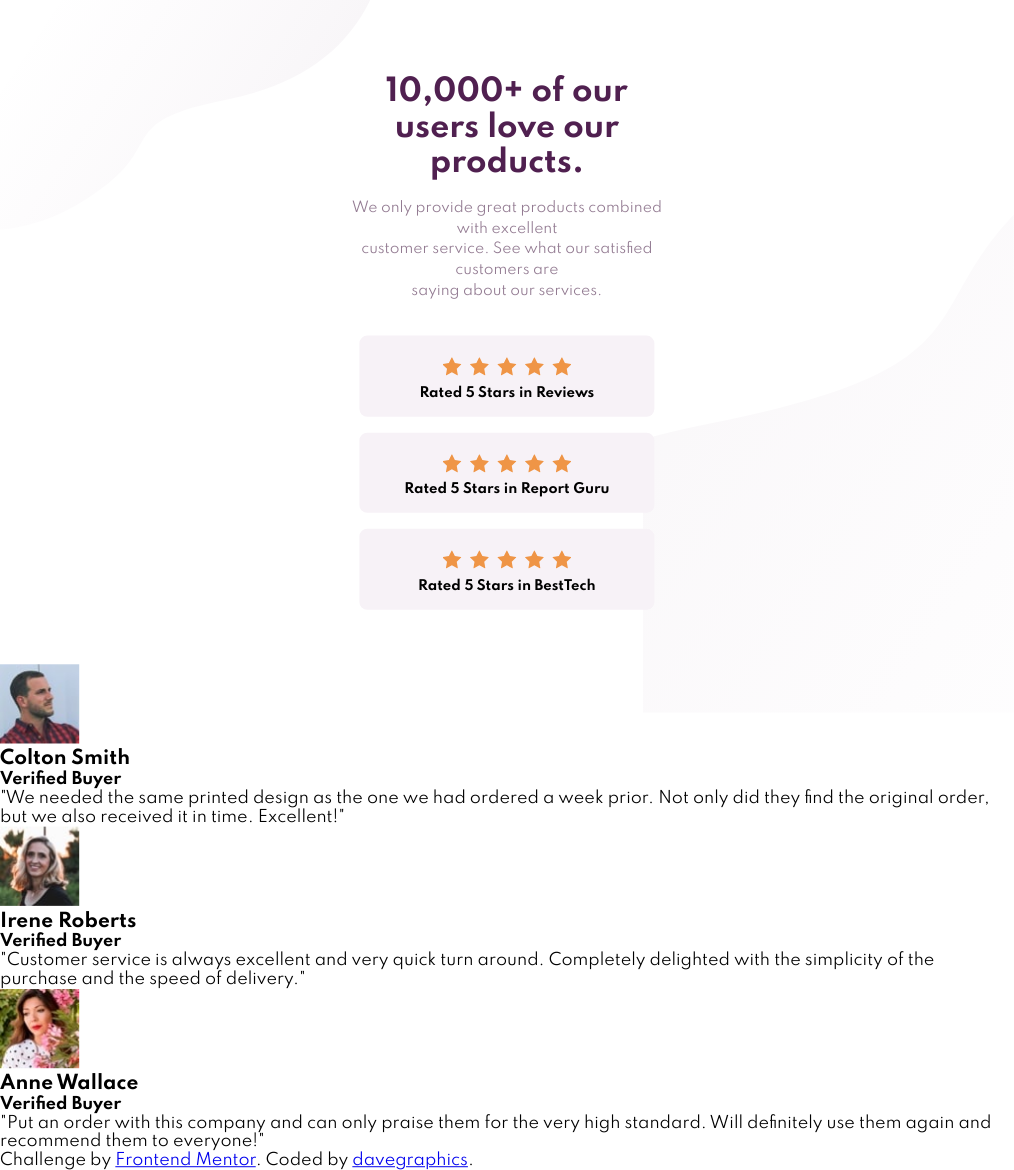
Repository: DejV44/social-proof-section-master
Page: index.html
These files come from the project's save history. The page is drawn as it stood at one moment and after a run of saves; the edit follows.
The browser window is 1024 px wide. The pictures show the whole page, at 99% of full size.
The style sheet was rebuilt from its Sass, Less or Tailwind sources for each picture, by a compiler version that may differ from the author's.

Above is the page before, as saved 2021-06-26 20:57:57.

### index.html
<!DOCTYPE html>

<html lang="en">
<head>
    <meta charset="UTF-8">
    <meta http-equiv="X-UA-Compatible" content="IE=edge">
    <meta name="viewport" content="width=device-width, initial-scale=1.0">
    <link rel="stylesheet" href="../css/main.css">
    <title>social-proof-section-master</title>
</head>
<body>
    <div class="size">
        <section class="main">
            <div class="titles">
                <h1 class="title">10,000+ of our <br>users love our <br>products.</h1>
                <p class="item-1">We only provide great products combined with excellent <br>customer service. See what our satisfied customers are <br>saying about our services.</p>
            </div>
            <div class="container">
                <ul>
                    <li class="item1">
                        <img src="../img/stars.svg" alt="stars">
                        <h5>Rated 5 Stars in Reviews</h5>
                    </li>
                </ul>

                <ul>
                    <li class="item2">
                        <img src="../img/stars.svg" alt="stars">
                        <h5>Rated 5 Stars in Report Guru</h5>
                    </li>
                </ul>

                <ul>
                    <li class="item3">
                        <img src="../img/stars.svg" alt="stars">
                        <h5>Rated 5 Stars in BestTech</h5>
                    </li>
                </ul>
            </div>
        </section>

        <section class="citate">
            <ul class="alfa">
                <li>
                    <div class="identy1">
                        <img src="../img/image-colton.jpg" alt="stars">
                        <div>
                            <h3>Colton Smith</h3>
                            <h4>Verified Buyer</h4>
                        </div>
                    </div>
                    <blockquote>"We needed the same printed design as the one we had ordered a week prior. Not only did they find the original order, but we also received it in time. Excellent!"</blockquote>
                </li>
            </ul>

            <ul class="beta">
                <li>
                    <div class="identy2">
                        <img src="../img/image-irene.jpg" alt="stars">
                        <div>
                            <h3>Irene Roberts</h3>
                            <h4>Verified Buyer</h4>
                        </div>
                    </div>
                    <blockquote>"Customer service is always excellent and very quick turn around. Completely delighted with the simplicity of the purchase and the speed of delivery."</blockquote>
                </li>
            </ul>

            <ul class=gama>
                <li>
                    <div class="identy3">
                        <img src="../img/image-anne.jpg" alt="stars">
                        <div>
                            <h3>Anne Wallace</h3>
                            <h4>Verified Buyer</h4>
                        </div>
                    </div>
                    <blockquote>"Put an order with this company and can only praise them for the very high standard. Will definitely use them again and recommend them to everyone!"</blockquote>
                </li>
            </ul>
        </section>
        <div class="attribution">
            Challenge by
            <a href="https://www.frontendmentor.io?ref=challenge" target="_blank"
            >Frontend Mentor</a
            >. Coded by <a href="#">davegraphics</a>.
      </div>
    </div>
</body>
</html>

### css/main.scss
@import url('https://fonts.googleapis.com/css2?family=Spartan:wght@400;500;700&display=swap');

*{
    margin: 0;
    padding: 0;

    -webkit-font-smoothing: antialiased;
    /*outline: 3px solid rgb(197, 197, 197);*/
}

:root {
    --primary-color: hsl(300, 43%, 22%);
    --soft-pink: hsl(333, 80%, 67%);
    --neutral-color: hsl(303, 10%, 53%);
    --light-color: hsl(300, 24%, 96%);
    --white: hsl(0, 0%, 100%);
}

html {
    height: 100%;
}

@media only screen and (min-width: 1250px) {

body {
    margin: 0;
    padding: 0;

    background-image: url("/img/bg-pattern-top-desktop.svg"), url("/img/bg-pattern-bottom-desktop.svg");
    background-position: top 0px left 0px, bottom 0px right 0px;
    background-repeat: no-repeat;
    background-size: inherit;
    //background: var(--white);
    font-family: 'Spartan', sans-serif;

    .size {


        .main {

            margin: 120px auto 0 167px;
            max-width: 1440px;
            max-height: 400px;
            display: grid;
            grid-template-columns: 1fr 1fr;

            .titles {

                margin-right: 20%;

                .title {
                    font-size: 40px;
                    padding-bottom: 7px;
                }
            }

            .container {


                ul {

                    li {
                        display: grid;
                        grid-template-columns: 180px 260px;
                        list-style: none;
                        text-align: left;
                        border-radius: 7px;
                        background: var(--light-color);
                        max-width: 445px;

                    }
                    .item1 {
                        margin-left: -100px;
                        margin-bottom: 7px;
                    }

                    .item2 {
                        margin-left: -50px;
                        margin-bottom: 7px;
                    }

                    img {
                        width: 120px;
                        height: 17px;
                        grid-column: 1/2;
                        padding: 20px 0 20px 30px;
                    }

                    h5 {
                        grid-column: 2/2;
                        width: 260px;
                        padding: 20px 0;

                    }
                }
            }
        }


        .citate {


            display: grid;
            grid-template-columns: 1fr 1fr 1fr;
            margin: 50px auto;
            max-width: 1440px;


            ul {

                padding: 40px 30px;

                background: var(--primary-color);
                border-radius: .5em;
                width: 350px;
                height: 235px;
                margin: 0px auto 20px auto;

                blockquote {
                        color: var(--white);
                        margin-top: 25px;
                        line-height: 28px;
                        text-align: left;

                }

                li {
                    list-style: none;

                    h3 {
                            color: var(--white);
                            margin: .5em 0 .2em 0;
                            padding-left: 20px;
                            font-size: 15px;

                        }

                        h4 {
                            color: var(--soft-pink);
                            margin: .4em 0 .2em 0;
                            padding-left: 20px;
                            font-size: 14px;

                        }

                    .identy1 {
                        grid-column: 1/3;
                        display: flex;
                        img {
                            margin-top: 6px;
                            border-radius: 5em;
                            width: 45px;
                            height: 45px;
                            position: relative;
                            top: 4px;
                            left: 4px;
                        }

                    }

                    .identy2 {
                        grid-column: 2/3;
                        display: flex;
                        img {
                            margin-top: 6px;
                            border-radius: 5em;
                            width: 45px;
                            height: 45px;
                            position: relative;
                            top: 4px;
                            left: 4px;

                        }


                    }

                    .identy3 {
                        grid-column: 3/3;
                        display: flex;
                        img {
                            margin-top: 6px;
                            border-radius: 5em;
                            width: 45px;
                            height: 45px;
                            position: relative;
                            top: 4px;
                            left: 4px;
                        }


                    }
                }

            }

            .beta {
                margin-top: 20px;
            }

            .gama {
                margin-top: 40px;
            }
        }

        .attribution {
            position: absolute;
            width: 100%;
            bottom: 0;
            text-align: center;
            font-size: 13px;
            padding-bottom: 5px;


            a {
                text-decoration: none;
                font-size: 13px;

            }


        }
    }

}
}

@media only screen and (max-width: 1250px) {
body {
    margin: 0;
    padding: 0;
    font-family: 'Spartan', sans-serif;
    background-image: url("/img/bg-pattern-top-mobile.svg"), url("/img/bg-pattern-bottom-mobile.svg");
    background-position: top 0px left 0px, bottom 0px right 0px;
    background-repeat: no-repeat;
    background-size: inherit;

    .main {
        text-align: center;
        margin: 0 auto 70px auto;




        .title {
            margin: 0 auto;
            padding: 2.5em 10% 0 10%;
            font-size: 30px;
            font-weight: 900;
            color: var(--primary-color);
            width: 250px;
            height: 105px;
        }

        p {
            padding: 10px 0;
            margin: 10px auto;
            color: var(--neutral-color);
            line-height: 1.5em;
            width: 325px;
            height: 100px;
            font-size: 14px;
        }

        .container {
            padding: .2em;
            width: 330px;
            height: 80px;
            display: inline-block;


            li {
                list-style: none;
                padding: 1em;
                margin: 1em;
                background: var(--light-color);
                border-radius: .5em;

                img {
                    padding: .3em;
                    width: 130px;
                    height: 20px;
                }

                h3 {
                    padding: .3em;
                    color: var(--primary-color);
                    font-size: 13px;
                }
            }
        }


    }







}

}

After the next 2 saves:
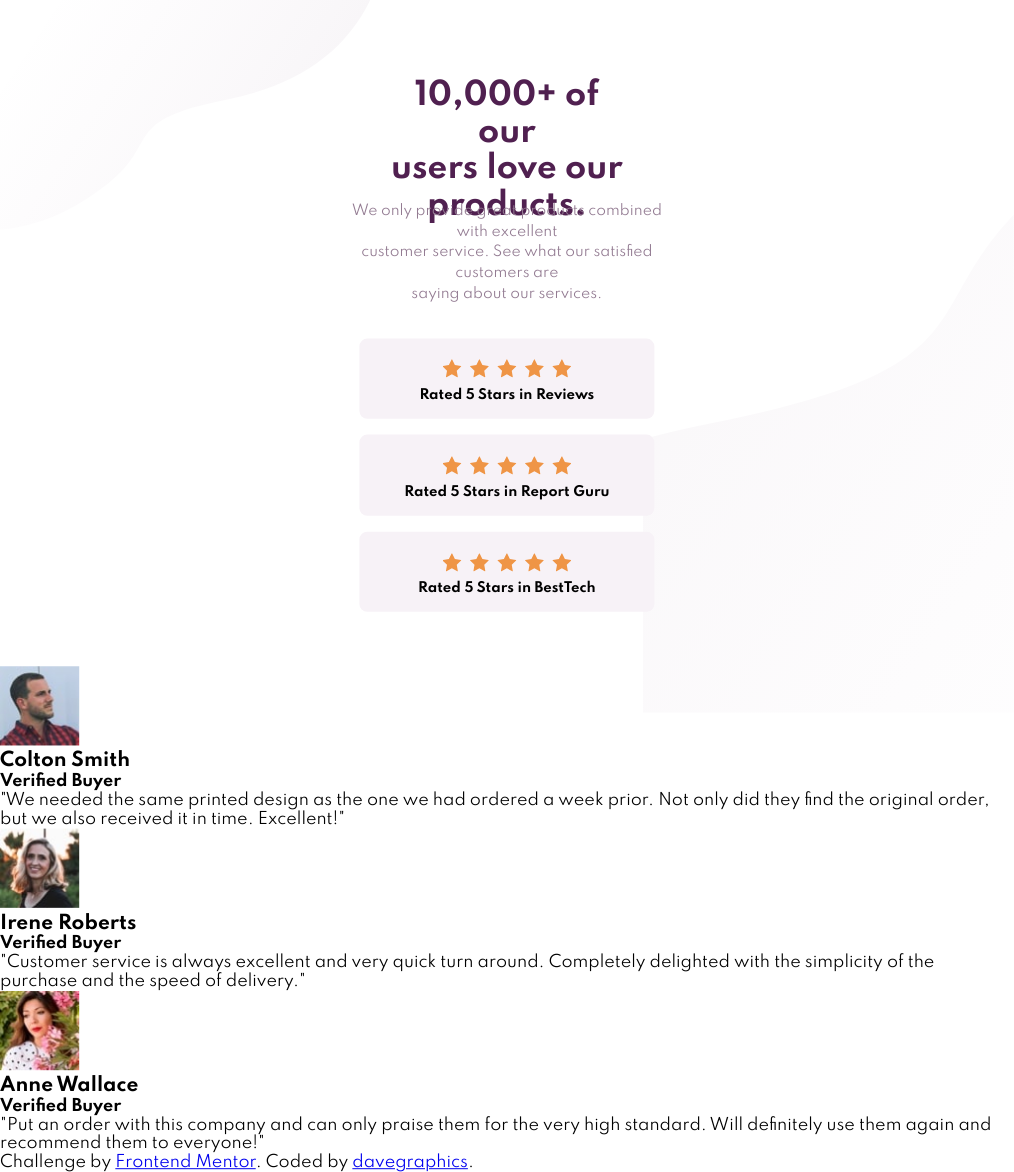
The 2 saves are shown as one change because they came seconds apart.
The last was saved 10 s later.
--- a/css/main.scss
+++ b/css/main.scss
@@ -245,7 +245,7 @@
         .title {
             margin: 0 auto;
             padding: 2.5em 10% 0 10%;
-            font-size: 30px;
+            font-size: 31px;
             font-weight: 900;
             color: var(--primary-color);
             width: 250px;

After the save that followed:
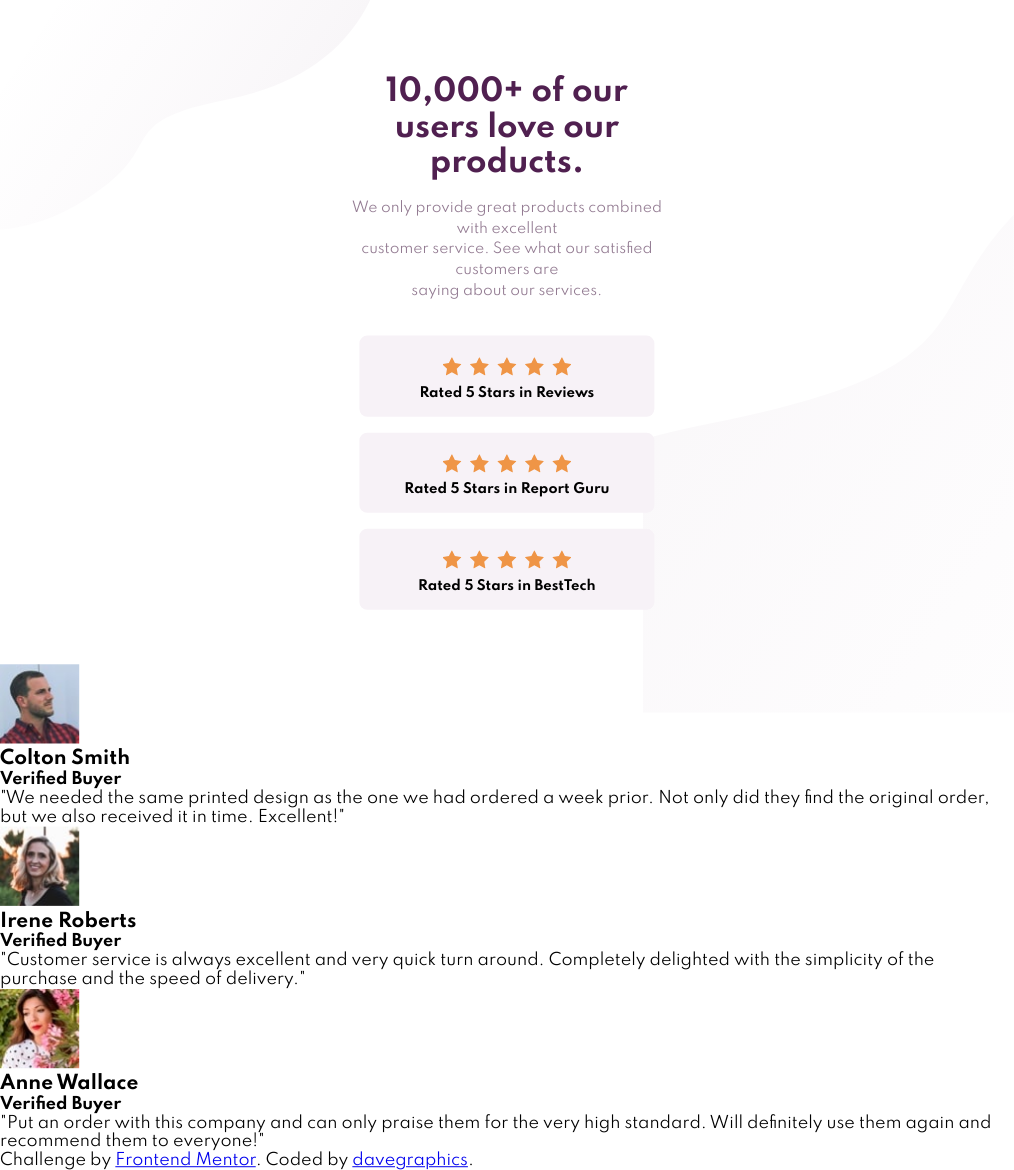
Saved 5 s later.
--- a/css/main.scss
+++ b/css/main.scss
@@ -245,7 +245,7 @@
         .title {
             margin: 0 auto;
             padding: 2.5em 10% 0 10%;
-            font-size: 31px;
+            font-size: 30px;
             font-weight: 900;
             color: var(--primary-color);
             width: 250px;
